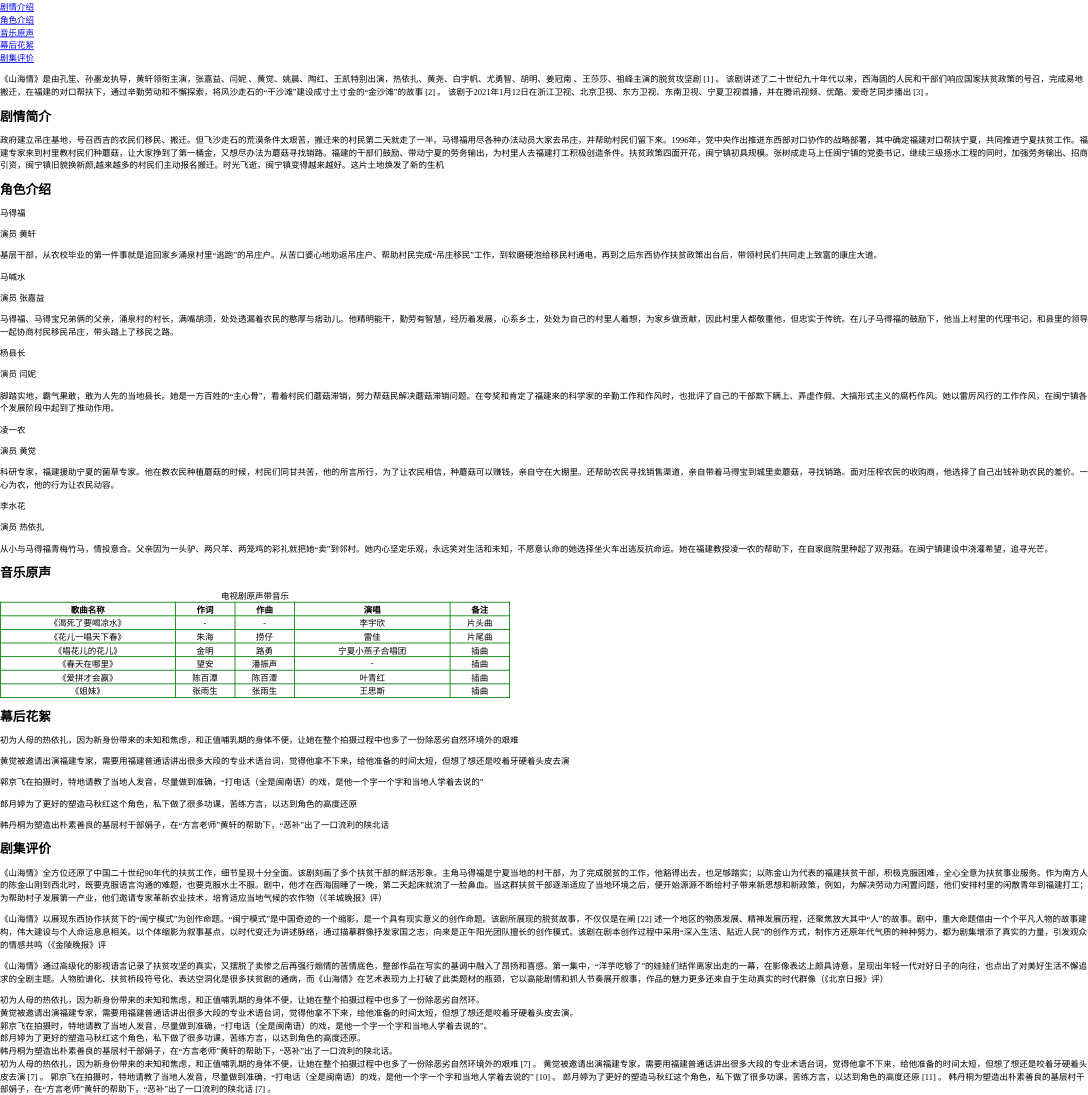
Repository: Lixianlai-2/static-website
Page: index.html
These files come from the project's save history. The page is drawn as it stood at one moment and after the next save; the edit follows.
The browser window is 1280 px wide. The pictures show the whole page, at 85% of full size.

Above is the page before, as saved 2021-11-30 21:04:02.

After the next save:
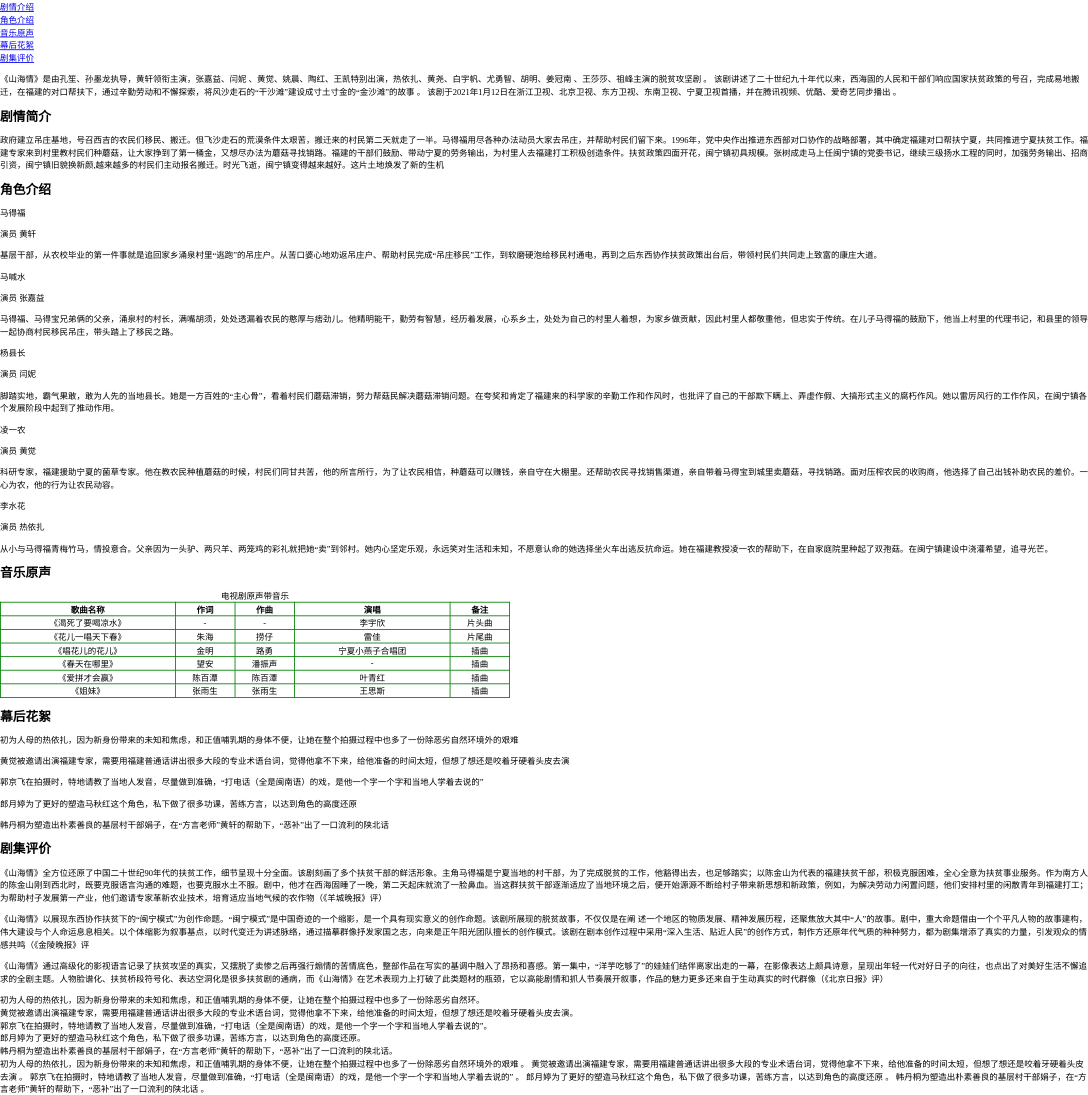
Saved 4 min 4 s later.
--- a/index.html
+++ b/index.html
@@ -59,11 +59,11 @@
     <p>
       《山海情》是由孔笙、孙墨龙执导，黄轩领衔主演，张嘉益、闫妮
       、黄觉、姚晨、陶红、王凯特别出演，热依扎、黄尧、白宇帆、尤勇智、胡明、姜冠南
-      、王莎莎、祖峰主演的脱贫攻坚剧 [1] 。
+      、王莎莎、祖峰主演的脱贫攻坚剧 。
       该剧讲述了二十世纪九十年代以来，西海固的人民和干部们响应国家扶贫政策的号召，完成易地搬迁，在福建的对口帮扶下，通过辛勤劳动和不懈探索，将风沙走石的“干沙滩”建设成寸土寸金的“金沙滩”的故事
-      [2] 。
+      。
       该剧于2021年1月12日在浙江卫视、北京卫视、东方卫视、东南卫视、宁夏卫视首播，并在腾讯视频、优酷、爱奇艺同步播出
-      [3] 。
+      。
     </p>
 
     <h2 id="Plot">剧情简介</h2>
@@ -265,7 +265,6 @@
     </div>
     <div>
       《山海情》以展现东西协作扶贫下的“闽宁模式”为创作命题。“闽宁模式”是中国奇迹的一个缩影，是一个具有现实意义的创作命题。该剧所展现的脱贫故事，不仅仅是在阐
-      [22]
       述一个地区的物质发展、精神发展历程，还聚焦放大其中“人”的故事。剧中，重大命题借由一个个平凡人物的故事建构，伟大建设与个人命运息息相关。以个体缩影为叙事基点，以时代变迁为讲述脉络，通过描摹群像抒发家国之志，向来是正午阳光团队擅长的创作模式。该剧在剧本创作过程中采用“深入生活、贴近人民”的创作方式，制作方还原年代气质的种种努力，都为剧集增添了真实的力量，引发观众的情感共鸣（《金陵晚报》评
     </div>
     <div>
@@ -290,15 +289,15 @@
       </li>
 
       初为人母的热依扎，因为新身份带来的未知和焦虑，和正值哺乳期的身体不便，让她在整个拍摄过程中也多了一份除恶劣自然环境外的艰难
-      [7] 。
+      。
       黄觉被邀请出演福建专家，需要用福建普通话讲出很多大段的专业术语台词，觉得他拿不下来，给他准备的时间太短，但想了想还是咬着牙硬着头皮去演
-      [7] 。
+      。
       郭京飞在拍摄时，特地请教了当地人发音，尽量做到准确，“打电话（全是闽南语）的戏，是他一个字一个字和当地人学着去说的”
-      [10] 。
+      。
       郎月婷为了更好的塑造马秋红这个角色，私下做了很多功课，苦练方言，以达到角色的高度还原
-      [11] 。
+      。
       韩丹桐为塑造出朴素善良的基层村干部娟子，在“方言老师”黄轩的帮助下，“恶补”出了一口流利的陕北话
-      [7] 。
+      。
     </ul>
   </body>
 </html>
